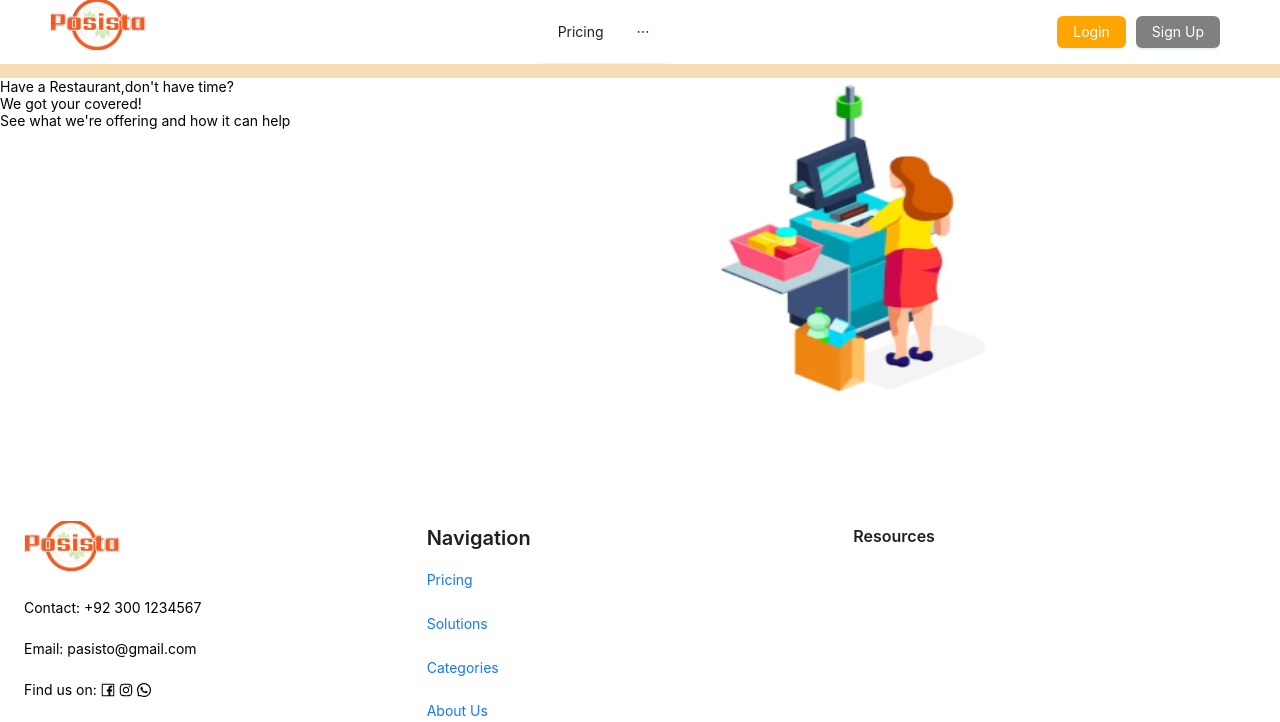
Repository: usmanarshad90/Posista
Page: / (app in test/)
These files come from the project's save history. The page is drawn as it stood at one moment and after a run of saves; the edit follows.
The browser window is 1280 px wide. The pictures show the whole page.
The project was rebuilt for these pictures with package versions that can differ from the ones it lists, and the page was loaded fresh each time. Also part of the build but not shown: test/src/components/Pricing/Pricing.jsx, test/src/components/Solution/Solutions.jsx, test/src/components/About/AboutUs.jsx, test/src/components/login/login.jsx, test/src/components/signup/signup.jsx.

Above is the page before, as saved 2023-11-28 14:33:13.

### test/public/index.html
<!DOCTYPE html>
<html lang="en">
  <head>
    <meta charset="utf-8" />
    <link rel="icon" href="%PUBLIC_URL%/favicon.ico" />
    <meta name="viewport" content="width=device-width, initial-scale=1" />
    <meta name="theme-color" content="#000000" />
    <meta
      name="description"
      content="Web site created using create-react-app"
    />
    <link rel="apple-touch-icon" href="%PUBLIC_URL%/logo192.png" />

    <link rel="manifest" href="%PUBLIC_URL%/manifest.json" />

    <title>Posisto</title>
  </head>
  <body>
    <noscript>You need to enable JavaScript to run this app.</noscript>
    <div id="root"></div>



  </body>
</html>

### test/src/index.css
body {
  margin: 0;
  font-family: -apple-system, BlinkMacSystemFont, 'Segoe UI', 'Roboto', 'Oxygen',
    'Ubuntu', 'Cantarell', 'Fira Sans', 'Droid Sans', 'Helvetica Neue',
    sans-serif;
  -webkit-font-smoothing: antialiased;
  -moz-osx-font-smoothing: grayscale;
}

code {
  font-family: source-code-pro, Menlo, Monaco, Consolas, 'Courier New',
    monospace;
}
.background{
  background-image: url("./images/background.jpg")!important;

}



/* .container{
  max-width: 1000px;
  margin: auto;
  width: 100%;
  padding-inline: 1rem;
  padding-block:5rem;

} */

### test/src/App.js
import {BrowserRouter  as Router , Routes , Route} from 'react-router-dom'
import Home from './components/Home/Home';

import Pricing from './components/Pricing/Pricing';
import Solutions from './components/Solution/Solutions';
import AboutUs from './components/About/AboutUs';
import Login from './components/login/login';
import SignUp from './components/signup/signup';


function App() {
  return (
    <Router>
    {/* if i can do it like this all pages come on the header */}

      <Routes>

        {/* if i can do it like this header individually come on the each page*/}

        <Route path="/" element={< Home/>} />
        <Route path="/login" element={<Login/>}/>
        <Route path="/signup" element={<SignUp/>} />

        <Route path="/pricing" element={< Pricing/>} />
        <Route path="/solution" element={< Solutions/>} />
        <Route path="/about" element={<AboutUs/>} />

        </Routes>
        {/* for footer i can call here */}

        </Router>
  );
}

export default App;

### test/src/components/Home/Home.jsx
import React from 'react'
import PageHeader from '../PageHeader/PageHeader'
import HeroSection from '../HeroSection/HeroSection'
import PageFooter from '../Footer/Footer'

const Home = () => {
  return (
    <>
    <PageHeader/>
    <HeroSection/>



    <PageFooter/>

    </>
  )
}

export default Home

### test/src/components/PageHeader/PageHeader.jsx
import React from 'react'
import { Layout, Menu, Button, Row, Col } from 'antd';
import { Link } from 'react-router-dom';
import logoimage from '../../images/posistologo.png'
import {HomeOutlined, UserOutlined,SettingOutlined,} from '@ant-design/icons';

const { Header } = Layout;
const PageHeader = () => {
  return (
    <Row>
      <Col lg={24} xl={24} md={12} xs={4} >
    <Layout className="layout">
    <Header style={{ display: 'flex', justifyContent: 'space-between' ,backgroundColor: 'white' }}>
      <div className="logo" >

      <Link to={'/'}><img src={logoimage} alt="" width="100px"  /></Link>
        </div>
      <Menu  mode="horizontal" style={ {color:'black',backgroundColor: 'transparent'}} >
        <Link to={'/pricing'} ><Menu.Item key="1" >Pricing</Menu.Item></Link>


        <Link to={'/solution'} ><Menu.Item key="2" >Solutions</Menu.Item></Link>

        <Link to={'/about'} ><Menu.Item key="3" >About Us</Menu.Item></Link>
      </Menu>

      <div>

        <Link to="/login"><Button type="primary" style={{ marginRight: '10px', backgroundColor: 'orange' }}>Login</Button>
        </Link>
        <Link to="/signup"><Button type="primary" style={{ marginRight: '10px', backgroundColor: 'grey' }}>Sign Up</Button></Link>
      </div>




    </Header>
  </Layout>
  </Col>
  </Row>
  )
}

export default PageHeader;

### test/src/components/HeroSection/HeroSection.jsx
import React from 'react'
import { Row,Col,Image,Divider} from 'antd';

import image from '../../images/design.png'

const HeroSection = () => {




      const DemoBox = (props) => <p className={`height-${props.value}`}>{props.children}</p>;
  return (
    <>
    <Row  >
      <Col  lg={{ span:24, order: 1 }} md={24} xs={24} xl={24} xxl={24}  style={{background:'wheat'}}>
      <DemoBox value={'100%'}> </DemoBox>
        </Col>

    <Col lg={{ span: 12, order: 2 }} md={8} xs={4} xl={12}>

    <div   >

         Have a Restaurant,don't have time? <br />
         We got your covered! <br/>

         <div   >See what we're offering and how it can help <br />


         </div>
    </div>
    </Col>
    <Col lg={{ span: 12, order: 3 }}md={8} xs={4} xl={12}>
    <Image width={'70%'} preview={false} height={'90%'} src={image} alt="#" />

    </Col>
   </Row>
   </>
  )
}

export default HeroSection

### test/src/components/Footer/Footer.jsx
import React from 'react'
import { Layout, Menu, Row, Col, Typography } from 'antd';
import { Link } from 'react-router-dom';
import logoimage from '../../images/posistologo.png';
import { FacebookOutlined,InstagramOutlined , WhatsAppOutlined} from '@ant-design/icons';
// const {PageFooter}=Layout;




const Footer = () => {
  const style = {
    background: '',
    text_align:'left',
    padding: ' 12px ',



  };


  return (
    <Row><Col  lg={{ span:8, order: 1 }} md={6} xs={4} xl={8} xxl={8} style={style} >

      <div style={style} className="logo" >

      <Link to={'/'}><img src={logoimage} alt="" width="100px"  /></Link>
      </div>
      <div style={style}>Contact: +92 300 1234567</div>
      <div style={style}>Email: pasisto@gmail.com</div>
      <div style={style}>Find us on: <FacebookOutlined  /> <InstagramOutlined /> <WhatsAppOutlined /></div>

      </Col>

      <Col  lg={{ span:8, order: 1 }} md={6} xs={4} xl={8} xxl={8}   >

      <Typography.Title level={4} >Navigation </Typography.Title>


      <Typography.Title level={5}></Typography.Title>
      <Link to={'/pricing'} >Pricing</Link> <br />

      <Typography.Title level={5}></Typography.Title>
      <Link to={'/solution'} >Solutions</Link><br />
      <Typography.Title level={5}></Typography.Title>
      <Link to={'/about'} >Categories</Link><br />
      <Typography.Title level={5}></Typography.Title>
      <Link to={'/about'} >About Us</Link><br />


      </Col>

      <Col  lg={{ span:8, order: 1 }} md={6} xs={4} xl={8} xxl={8}   >
        <Typography.Title level={5}>Resources</Typography.Title>
        <div></div>
      </Col>




    </Row>

  )
}

export default Footer

Loaded but not shown: test/src/index.js (common file)

After the next 4 saves:
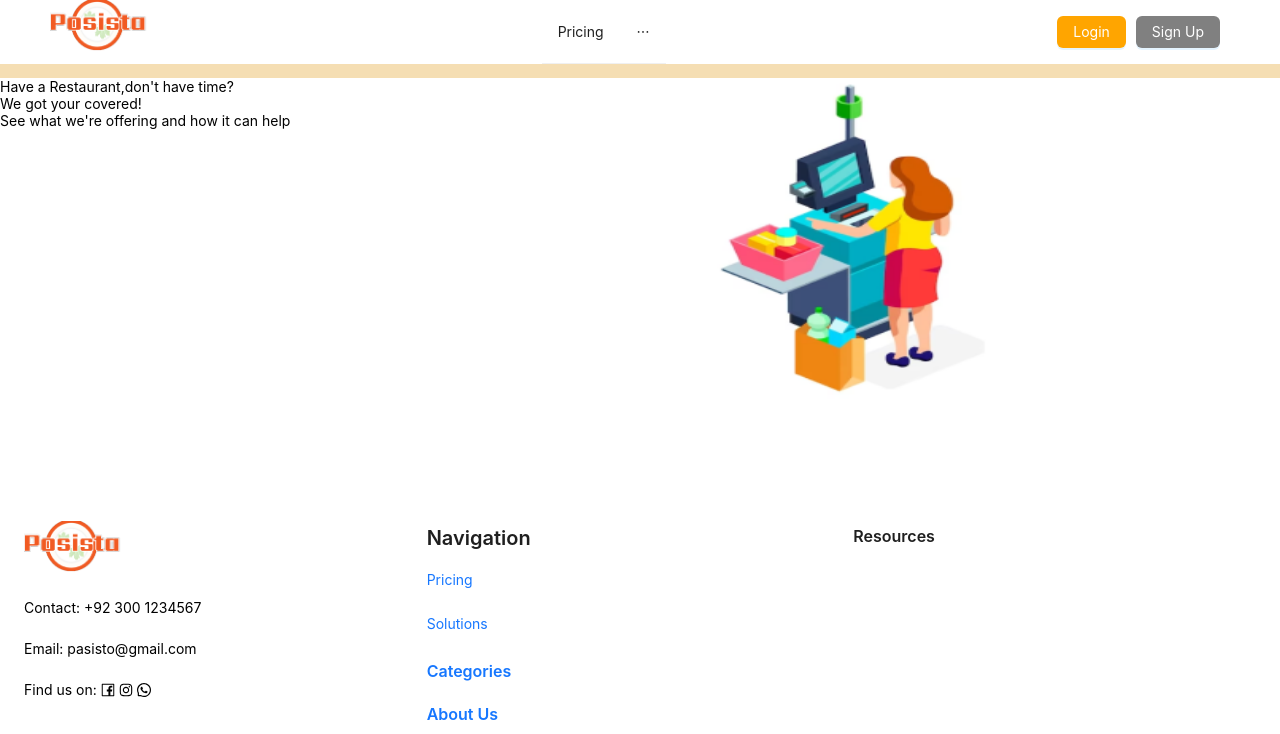
The 4 saves are shown as one change because they came seconds apart.
The last was saved 14 s later.
--- a/test/src/components/Footer/Footer.jsx
+++ b/test/src/components/Footer/Footer.jsx
@@ -42,10 +42,10 @@ const Footer = () => {
 
       <Typography.Title level={5}></Typography.Title>
       <Link to={'/solution'} >Solutions</Link><br />
-      <Typography.Title level={5}></Typography.Title>
-      <Link to={'/about'} >Categories</Link><br />
-      <Typography.Title level={5}></Typography.Title>
-      <Link to={'/about'} >About Us</Link><br />
+      <Typography.Title level={5}>
+      <Link to={'/about'} >Categories</Link><br /></Typography.Title>
+      <Typography.Title level={5}>
+      <Link to={'/about'} >About Us</Link><br /></Typography.Title>
 
 
       </Col>
